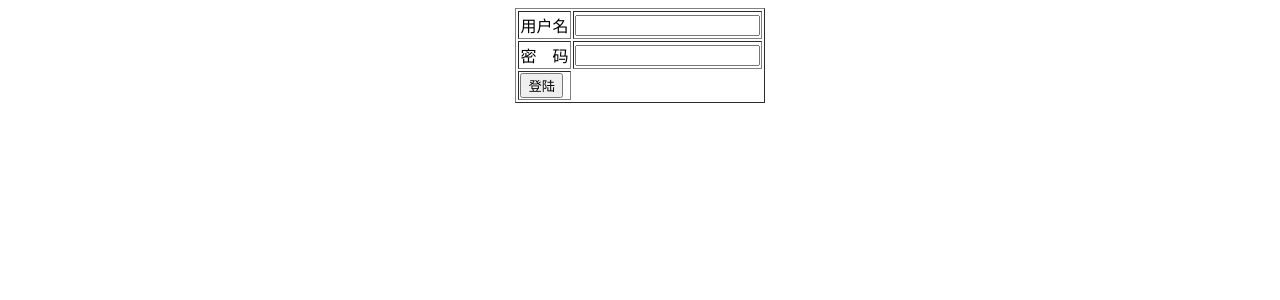
Repository: YuHaoXiang/Yhx
Page: http://localhost/StudentMsg/login.jsp
An editor plug-in stored every save of this project. The page is shown before and after the next save, followed by the edit.
The browser window is 1280 px wide. The pictures show the whole page.
The page is served by Tomcat 9. Other server files are loaded and not shown.

Above is the page before, as saved 2016-03-07 03:29:33.

### StudentMsg/WebContent/login.jsp
<%@page import="java.sql.*"%>
<%@ page language="java" contentType="text/html; charset=utf-8"
    pageEncoding="utf-8"%>
<!DOCTYPE html PUBLIC "-//W3C//DTD HTML 4.01 Transitional//EN" "http://www.w3.org/TR/html4/loose.dtd">
<html>
<head>
<meta http-equiv="Content-Type" content="text/html; charset=utf-8">
<title>用户登陆</title>
</head>
<body>
<center>
<form action="/StudentMsg/DBConnectionServlet" method="get" >
	<table border="1">
		<tr><td>用户名</td><td><input type="text" name="username" ></td></tr>
		<tr><td>密 &nbsp; &nbsp;码</td><td><input type="password" name="userpwd" ></td></tr>
		<tr><td><input type="submit"  value="登陆" ></td></tr>
	</table>

</form>
</center>
</body>
</html>

After the next save:
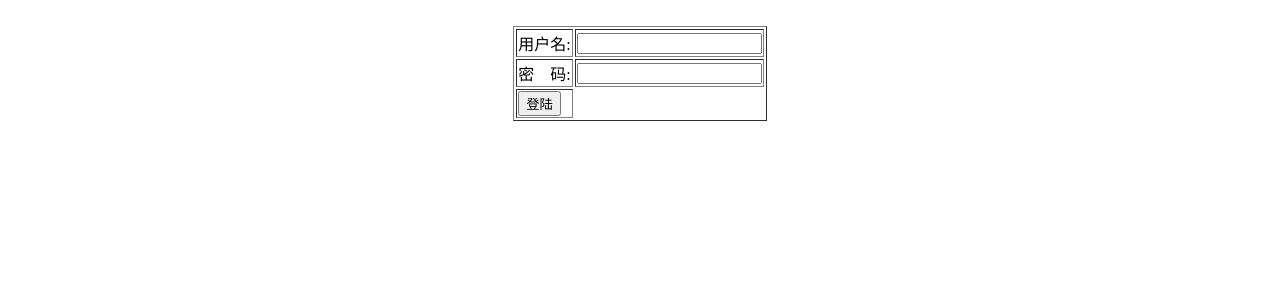
Saved 23 s later.
--- a/StudentMsg/WebContent/login.jsp
+++ b/StudentMsg/WebContent/login.jsp
@@ -11,9 +11,9 @@
 <center>
 <form action="/StudentMsg/DBConnectionServlet" method="get" >
 	<table border="1">
-		<tr><td>用户名</td><td><input type="text" name="username" ></td></tr>
-		<tr><td>密 &nbsp; &nbsp;码</td><td><input type="password" name="userpwd" ></td></tr>
-		<tr><td><input type="submit"  value="登陆" ></td></tr>
+		<tr><td>用户名:</td><td><input type="text" name="username" ></td></tr>
+		<tr><td>密 &nbsp; &nbsp;码:</td><td><input type="password" name="userpwd" ></td></tr>
+		<tr> &nbsp; &nbsp; &nbsp;<td><input type="submit"  value="登陆" ></td></tr>
 	</table>
 
 </form>
